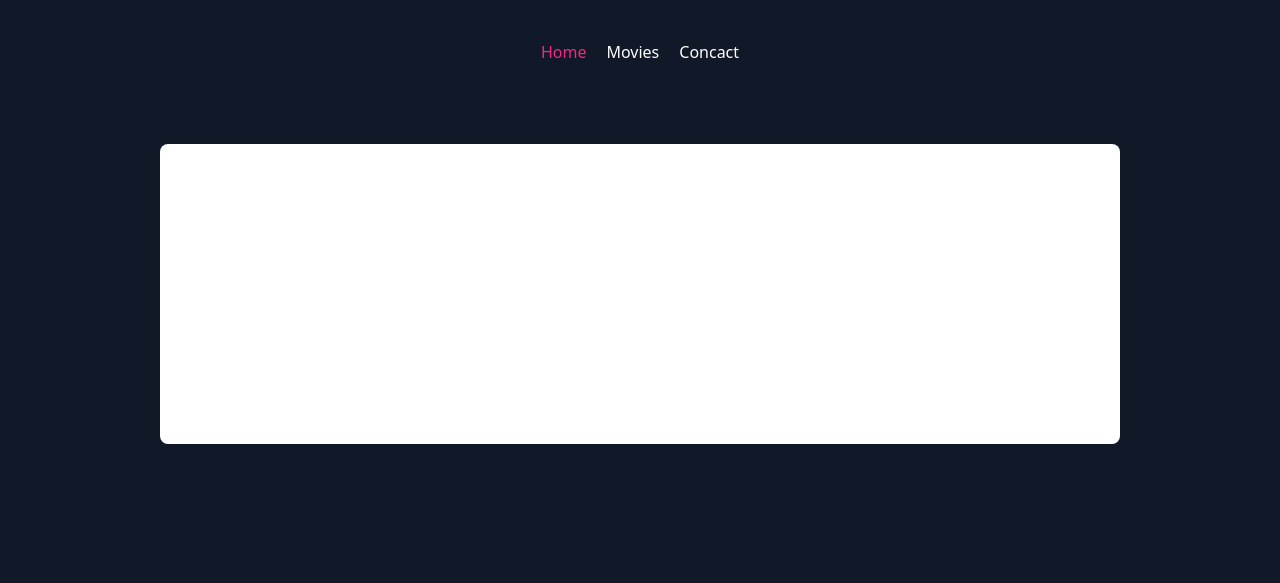
Repository: kieuduc123/ProjectMini-Movies
Page: /concact
An editor plug-in stored every save of this project. The page is shown before and after the next save, followed by the edit.
The browser window is 1280 px wide. The pictures show the whole page.
The project was rebuilt for these pictures with package versions that can differ from the ones it lists, and the page was loaded fresh each time. Also part of the build but not shown: vite.config.js.

Above is the page before, as saved 2023-09-05 10:58:54.

### src/main.jsx
import React from 'react'
import ReactDOM from 'react-dom/client'
import App from './App.jsx'
import './index.scss'
import { BrowserRouter } from 'react-router-dom'

ReactDOM.createRoot(document.getElementById('root')).render(
  <React.StrictMode>
    <BrowserRouter>
    <App />
    </BrowserRouter>
  </React.StrictMode>,
)

### src/App.jsx
import { Fragment } from "react";
import { NavLink } from "react-router-dom";


function App() {
  return (
   <Fragment>
    <header className="header flex items-center justify-center gap-x-5 text-white py-10 mb-10">
      <span className="text-primary">Home</span>
      <span>Movies</span>
      <span>Concact</span>
    </header>
    <section className="banner h-[300px] page-container">
      <div className="w-full h-full rounded-lg bg-white"></div>
    </section>
   </Fragment>

  )

}

export default App

### src/index.scss
@tailwind base;
@tailwind components;
@tailwind utilities;

@layer base {
    body {
        @apply bg-gray-900 px-5
    }
}
@layer components {
    .page-container {
        max-width: 960px;
        margin-left: auto;
        margin-right: auto;
    }
}

### tailwind.config.js
/** @type {import('tailwindcss').Config} */
export default {
  content: [
    "./index.html",
    "./src/**/*.{js,ts,jsx,tsx}",
  ],
  theme: {
    extend: {
      colors: {
        primary : "#F62682",
      }
    },
  },
  plugins: [],
}

Loaded but not shown: index.html (common file)

After the next save:
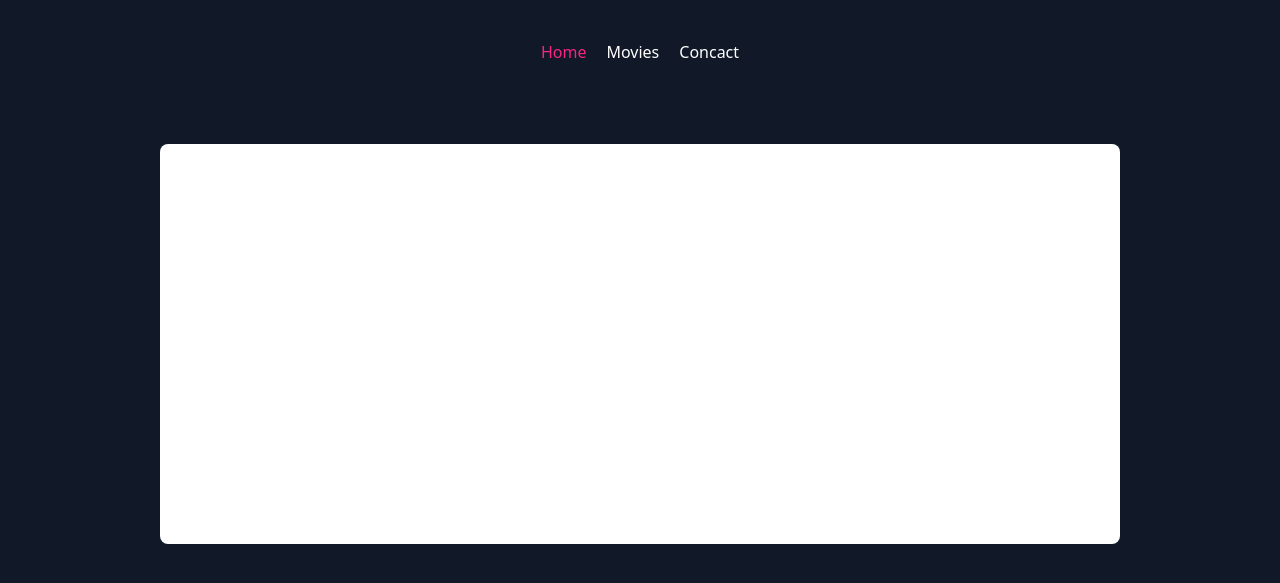
Saved 90 s later.
--- a/src/App.jsx
+++ b/src/App.jsx
@@ -10,7 +10,7 @@ function App() {
       <span>Movies</span>
       <span>Concact</span>
     </header>
-    <section className="banner h-[300px] page-container">
+    <section className="banner h-[400px] page-container">
       <div className="w-full h-full rounded-lg bg-white"></div>
     </section>
    </Fragment>
